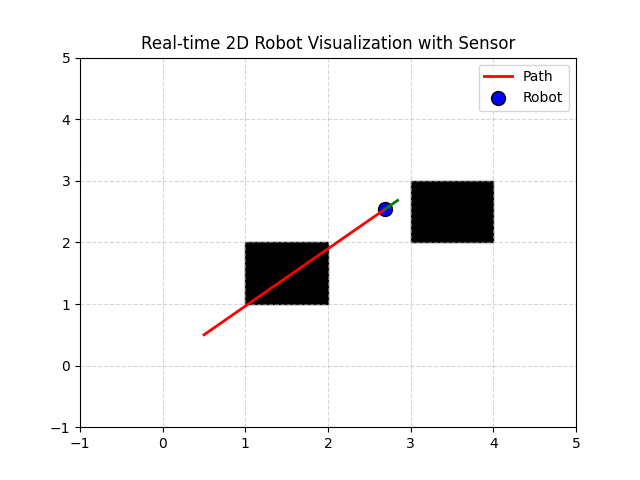
Repository: JLCucumber/comp0244-go2
Script's output: python src/cw1_team_2/2D_environment/main.py
These files come from the project's save history. The script's output is drawn as it stood at one moment and after the next save; the edit follows.
Animations are shown at an early frame. Random numbers start from a fixed seed.

Above is the script's output before, as saved 2025-02-16 02:23:27.

### src/cw1_team_2/2D_environment/main.py
import time

from matplotlib import pyplot as plt
from environment import Environment
from robot import Robot
from visualization import plot_environment

if __name__ == "__main__":
    env = Environment()  # 生成 2D 地图
    robot = Robot(env, start_pos=(0.5, 0.5), start_angle=0.75, sensor_range=0.2)  # 创建机器人

    plt.ion()  # 开启 Matplotlib 交互模式

    for _ in range(50):  # 运行 50 步
        # robot.move_forward()  # 机器人前进
        # robot.rotate(0.1)  # 每步旋转 0.1 弧度
        robot.navigate()  # 机器人导航
        plot_environment(env, robot)  # 实时绘制环境和轨迹
        plt.gcf().canvas.mpl_connect('key_press_event', lambda event: exit(0) if event.key == 'q' else None)
        time.sleep(0.1)  # 控制动画速度

    plt.ioff()  # 关闭交互模式
    plt.show()

### src/cw1_team_2/2D_environment/environment.py
import json
import numpy as np

class Environment:
    """2D 障碍物环境"""

    def __init__(self, map_file=None):
        self.obstacles = []
        if map_file:
            self.load_map(map_file)
        else:
            self.generate_default_map()

    def generate_default_map(self):
        """生成默认障碍物地图"""
        self.obstacles = [
            {"x_min": 1, "y_min": 1, "x_max": 2, "y_max": 2},  # 正方形障碍物
            {"x_min": 3, "y_min": 2, "x_max": 4, "y_max": 3},  # 另一个障碍物
        ]

    def load_map(self, map_file):
        """从 JSON 文件加载地图"""
        with open(map_file, "r") as f:
            self.obstacles = json.load(f)

    def get_obstacles_near(self, position, sensor_range):
        """返回在 `sensor_range` 内的障碍物边界点"""
        nearby_points = []
        for obs in self.obstacles:
            # 获取障碍物四个角的坐标
            edge_points = [
                (obs["x_min"], obs["y_min"]),
                (obs["x_max"], obs["y_min"]),
                (obs["x_max"], obs["y_max"]),
                (obs["x_min"], obs["y_max"])
            ]

            # 生成额外边界上的点，提高检测精度
            step = 0.02  # 采样间距
            for x in np.arange(obs["x_min"], obs["x_max"], step):
                edge_points.append((x, obs["y_min"]))
                edge_points.append((x, obs["y_max"]))
            for y in np.arange(obs["y_min"], obs["y_max"], step):
                edge_points.append((obs["x_min"], y))
                edge_points.append((obs["x_max"], y))

            for point in edge_points:
                point = np.array(point)
                if np.linalg.norm(position - point) <= sensor_range:
                    nearby_points.append(point)

        return nearby_points

### src/cw1_team_2/2D_environment/robot.py
import numpy as np
from obstacle_follow import ObstacleFollower


class Robot:
    """带方向的可移动机器人，增加局部传感器"""

    def __init__(self, env, start_pos=(0.5, 0.5), start_angle=0, sensor_range=0.25, step_size=0.1):
        """
        :param env: 环境对象
        :param start_pos: 机器人起始位置
        :param start_angle: 机器人起始朝向（弧度）
        :param sensor_range: 传感器探测范围
        :param step_size: 机器人移动的步长
        """
        self.env = env
        self.position = np.array(start_pos)
        self.angle = start_angle  # 方向，以弧度表示
        self.sensor_range = sensor_range
        self.step_size = step_size  # 机器人步长
        self.path = [tuple(self.position)]  # 记录轨迹
        self.follower = ObstacleFollower(self)  # 绑定绕障行为

    def move_forward(self):
        """沿当前方向前进"""
        dx = self.step_size * np.cos(self.angle)
        dy = self.step_size * np.sin(self.angle)
        self.position += np.array([dx, dy])
        self.path.append(tuple(self.position))

    def rotate(self, delta_angle):
        """旋转机器人"""
        self.angle += delta_angle  # 角度单位为弧度

    def get_local_obstacles(self):
        """获取局部感知到的障碍物点"""
        return self.env.get_obstacles_near(self.position, self.sensor_range)

    def navigate(self):
        """导航逻辑：检测障碍物 -> 决定绕障或前进"""
        if self.follower.follow_obstacle():
            return  # 机器人在绕障，不进行其他操作
        self.move_forward()

### src/cw1_team_2/2D_environment/obstacle_follow.py
import numpy as np

class ObstacleFollower:
    """机器人绕障碍物逆时针运动"""

    def __init__(self, robot, follow_distance=0.1, step_size=0.05):
        """
        :param robot: 机器人对象
        :param follow_distance: 机器人希望保持的障碍物边界距离
        :param step_size: 机器人每次移动的步长
        """
        self.robot = robot
        self.follow_distance = follow_distance
        self.step_size = step_size
        self.following_obstacle = False  # 是否在绕障模式

    def check_if_near_obstacle(self):
        """检查机器人是否接近障碍物"""
        local_obstacles = self.robot.get_local_obstacles()
        if not local_obstacles:
            return None  # 没有障碍物

        # 找到最近的障碍物点
        min_dist = float("inf")
        nearest_obs_point = None
        for point in local_obstacles:
            dist = np.linalg.norm(self.robot.position - point)
            if dist < min_dist:
                min_dist = dist
                nearest_obs_point = np.array(point)

        # 如果距离小于设定的 `follow_distance`，启用绕障模式
        if min_dist <= self.follow_distance:
            self.following_obstacle = True
            return nearest_obs_point
        else:
            self.following_obstacle = False
            return None

    def follow_obstacle(self):
        """执行逆时针绕障行为"""
        if not self.following_obstacle:
            return False  # 机器人未进入绕障模式

        nearest_obs = self.check_if_near_obstacle()
        if nearest_obs is None:
            self.following_obstacle = False
            return False  # 没有检测到障碍物

        # 计算到障碍物的方向（法向量）
        direction = self.robot.position - nearest_obs
        direction /= np.linalg.norm(direction)

        # 计算逆时针切向方向 (左手法则，旋转 90°)
        tangent_direction = np.array([-direction[1], direction[0]])

        # 让机器人沿着障碍物边界移动
        self.robot.position += tangent_direction * self.step_size
        self.robot.path.append(tuple(self.robot.position))

        return True

### src/cw1_team_2/2D_environment/visualization.py
import matplotlib.pyplot as plt
import numpy as np

def plot_environment(env, robot):
    """绘制环境、障碍物和机器人轨迹"""

    plt.clf()  # 清除上一帧

    # 绘制障碍物
    for obs in env.obstacles:
        width = abs(obs["x_max"] - obs["x_min"])
        height = abs(obs["y_max"] - obs["y_min"])
        plt.gca().add_patch(plt.Rectangle((obs["x_min"], obs["y_min"]), width, height, color="black"))

    # 绘制机器人轨迹
    path = np.array(robot.path)
    plt.plot(path[:, 0], path[:, 1], 'r-', label="Path", linewidth=2)

    # 绘制机器人当前位置
    plt.scatter(robot.position[0], robot.position[1], color='blue', s=100, edgecolors='black', label="Robot")

    # 绘制机器人朝向
    heading = robot.position + np.array([np.cos(robot.angle), np.sin(robot.angle)]) * 0.2
    plt.plot([robot.position[0], heading[0]], [robot.position[1], heading[1]], 'g-', linewidth=2)

    # 绘制传感器感知到的障碍物点
    local_obstacles = robot.get_local_obstacles()
    if local_obstacles:
        obs_points = np.array(local_obstacles)
        plt.scatter(obs_points[:, 0], obs_points[:, 1], color='red', s=5, label="Detected Obstacles")

    plt.xlim(-1, 5)
    plt.ylim(-1, 5)
    plt.grid(True, linestyle="--", alpha=0.5)
    plt.legend()
    plt.title("Real-time 2D Robot Visualization with Sensor")
    plt.pause(0.1)

After the next save:
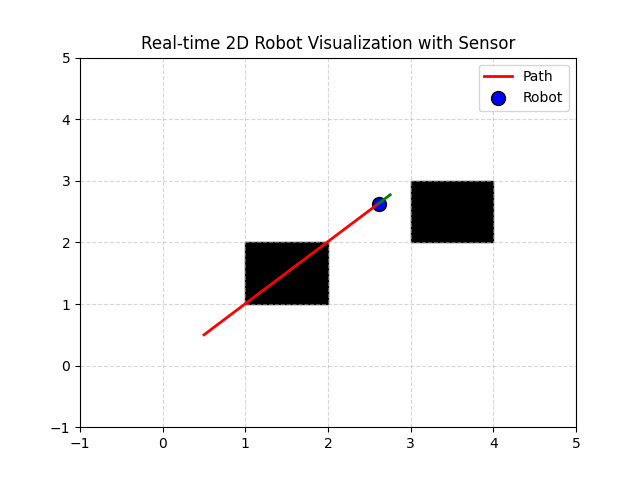
Saved 4 s later.
--- a/src/cw1_team_2/2D_environment/main.py
+++ b/src/cw1_team_2/2D_environment/main.py
@@ -7,7 +7,7 @@ from visualization import plot_environment
 
 if __name__ == "__main__":
     env = Environment()  # 生成 2D 地图
-    robot = Robot(env, start_pos=(0.5, 0.5), start_angle=0.75, sensor_range=0.2)  # 创建机器人
+    robot = Robot(env, start_pos=(0.5, 0.5), start_angle=0.79, sensor_range=0.2)  # 创建机器人
 
     plt.ion()  # 开启 Matplotlib 交互模式
 
